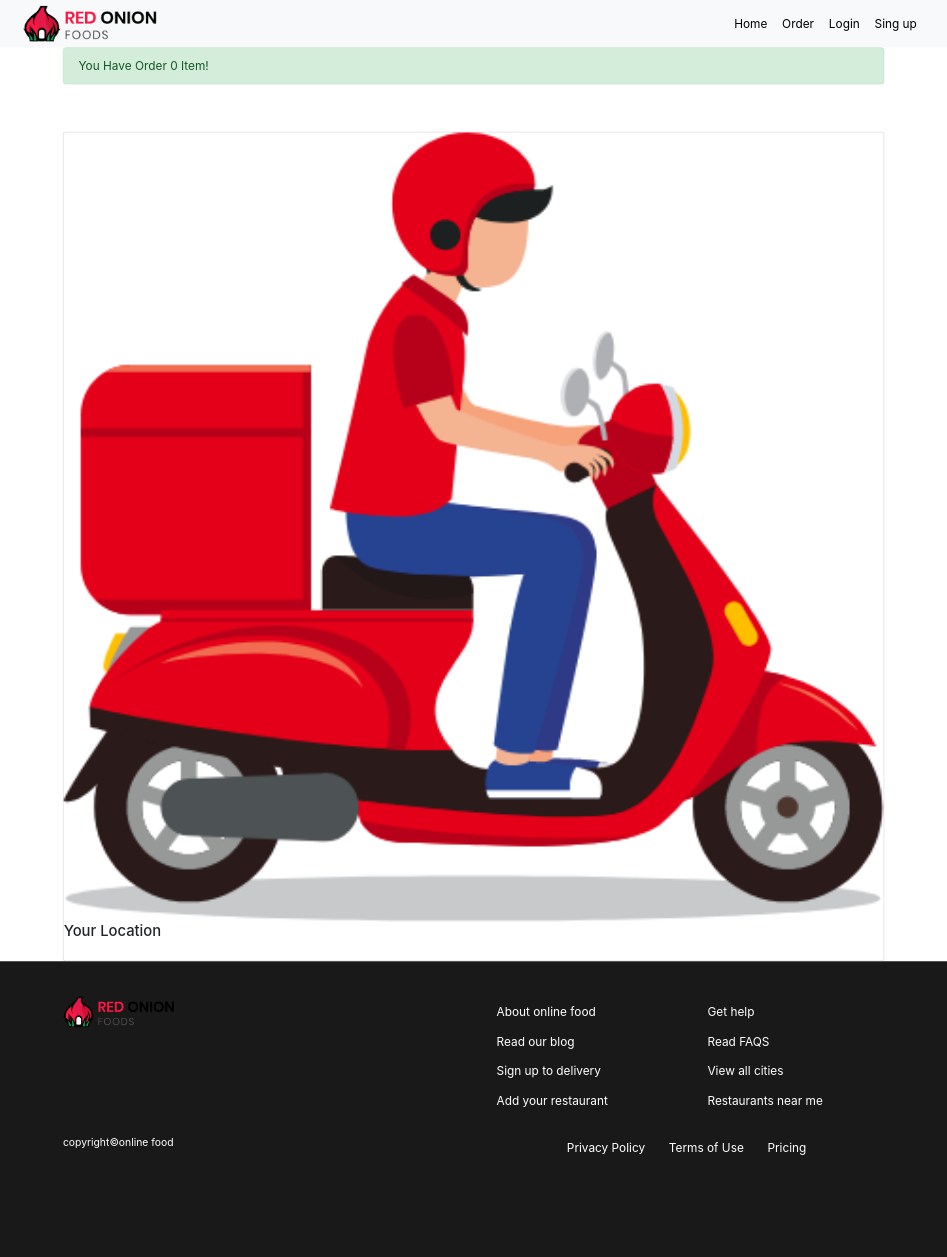
Repository: arif286/red-onion-client
Page: /order
An editor plug-in stored every save of this project. The page is shown before and after the next save, followed by the edit.
The browser window is 1280 px wide. The pictures show the whole page, at 74% of full size.
The page's requests for data from a server got no answer. The project was rebuilt for these pictures with package versions that can differ from the ones it lists, and the page was loaded fresh each time. Some packages were replaced by stand-ins written for this rebuild. No one was signed in, and anything a server would have sent is missing. Also part of the build but not shown: src/App.css, src/components/CheckOut/CheckOut.css, src/components/CheckOut/CheckOutForm/CheckOutFrom.js, src/components/CheckOut/CheckOut.js, src/components/SearchBar/SearchBar.css, src/components/SearchBar/SearchBar.js, src/components/FoodDetails/FoodDetail.css, src/components/FoodDetails/FoodDetail.js and 12 more. Imported but missing from the stored project, and not drawn on this page: src/components/CheckOut/Map/Map.

Above is the page before, as saved 2021-04-06 04:27:05.

After the next save:
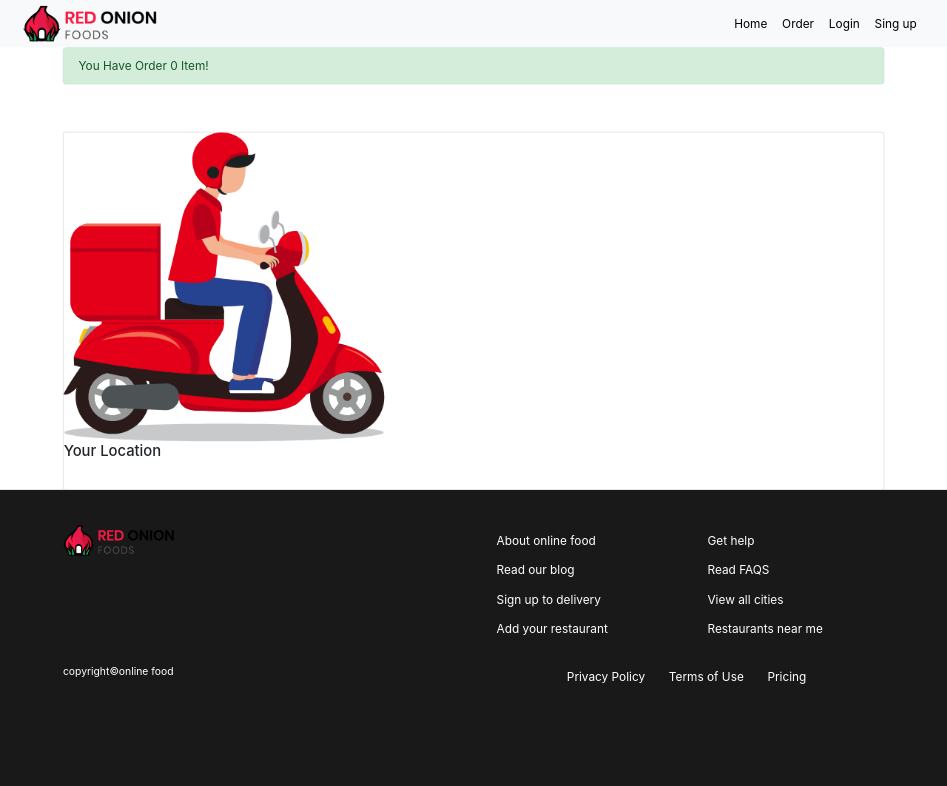
Saved 2 min 11 s later.
--- a/src/components/Order/Order.js
+++ b/src/components/Order/Order.js
@@ -37,11 +37,13 @@ const Order = () => {
       </Row>
       <Row className="mt-5">
         <Col>
-          <Card className='d-flex'>
-            <img src={delivery} alt="" />
-            <Card.Title>Your Location</Card.Title>
-            <Card.Text>{order[0]?.address}</Card.Text>
-            <Card.Text>{order[0]?.date}</Card.Text>
+          <Card className="d-flex">
+            <div>
+              <img src={delivery} alt="" />
+            </div>
+            <h5>Your Location</h5>
+            <p>{order[0]?.address}</p>
+            <p>{order[0]?.date}</p>
           </Card>
         </Col>
       </Row>
